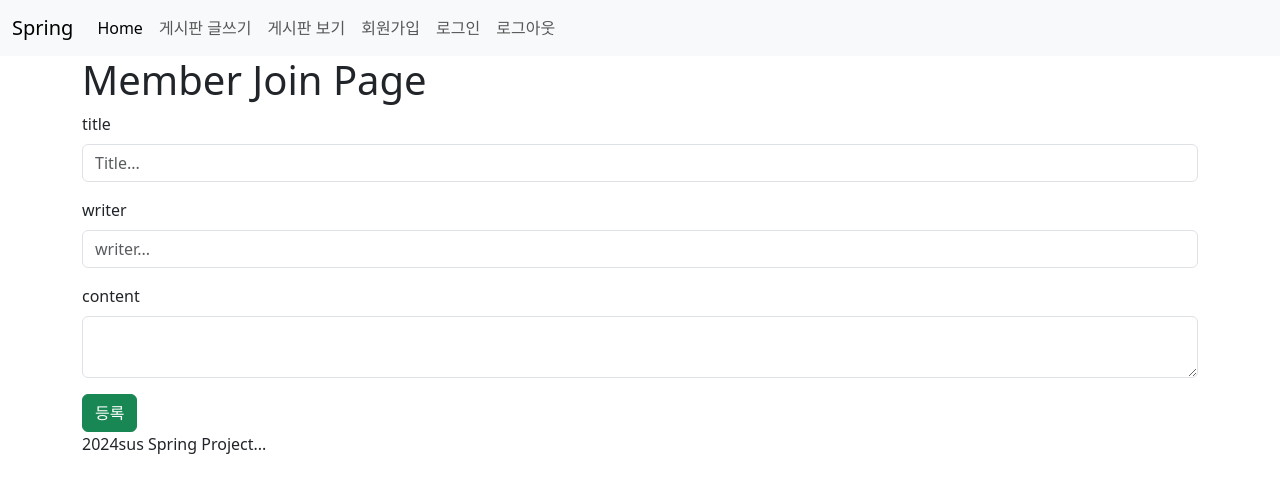
Repository: Ceciliaseon/springTest20240430
Page: http://localhost/spring_study/WEB-INF/views/member/register.jsp
The author's editor kept a copy of each file at every save. The page is drawn from the files as they stood at one save, then again after the next save.
The browser window is 1280 px wide. The pictures show the whole page.
The page is served by Tomcat 9. Nobody is signed in. The template is opened directly, without the code that normally fills it, so the values that code supplies are empty.

Above is the page before, as saved 2024-04-25 05:49:44.

After the next save:
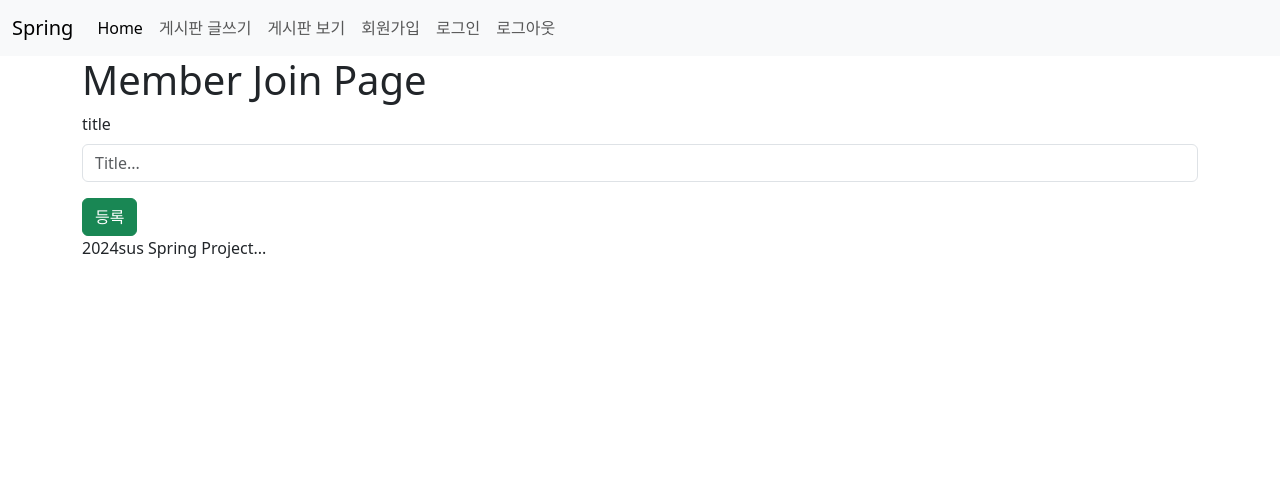
Saved 10 s later.
--- a/spring_study/src/main/webapp/WEB-INF/views/member/register.jsp
+++ b/spring_study/src/main/webapp/WEB-INF/views/member/register.jsp
@@ -10,14 +10,6 @@
 		  <label for="t" class="form-label">title</label>
 		  <input type="text" class="form-control" name="title" id="t" placeholder="Title...">
 		</div>
-		<div class="mb-3">
-		  <label for="w" class="form-label">writer</label>
-		  <input type="text" class="form-control" name="writer" id="w" placeholder="writer...">
-		</div>
-		<div class="mb-3">
-		  <label for="c" class="form-label">content</label>
-		  <textarea class="form-control" id="c" name="content" aria-label="With textarea"></textarea>
-		</div>
 		<button type="submit" class="btn btn-success">등록</button>
 	</form>
 </div>
